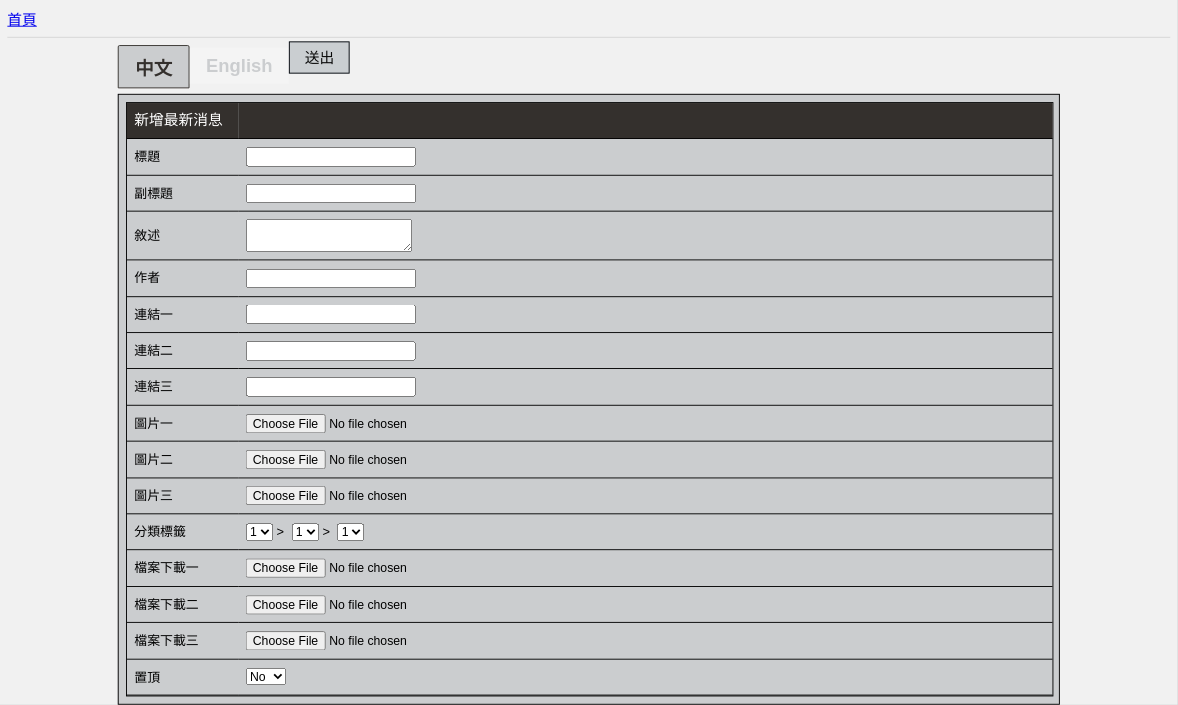
Repository: Naokiyuy/DigitalHum
Page: http://localhost/digital/backend/hotnews/hotnews-add.jsp
An editor plug-in stored every save of this project. The page is shown before and after the next save, followed by the edit.
The browser window is 1280 px wide. The pictures show the whole page, at 92% of full size.
Some web libraries are served in a nearby version. The page is served by Tomcat 9.

Above is the page before, as saved 2015-03-11 19:30:40.

After the next save:
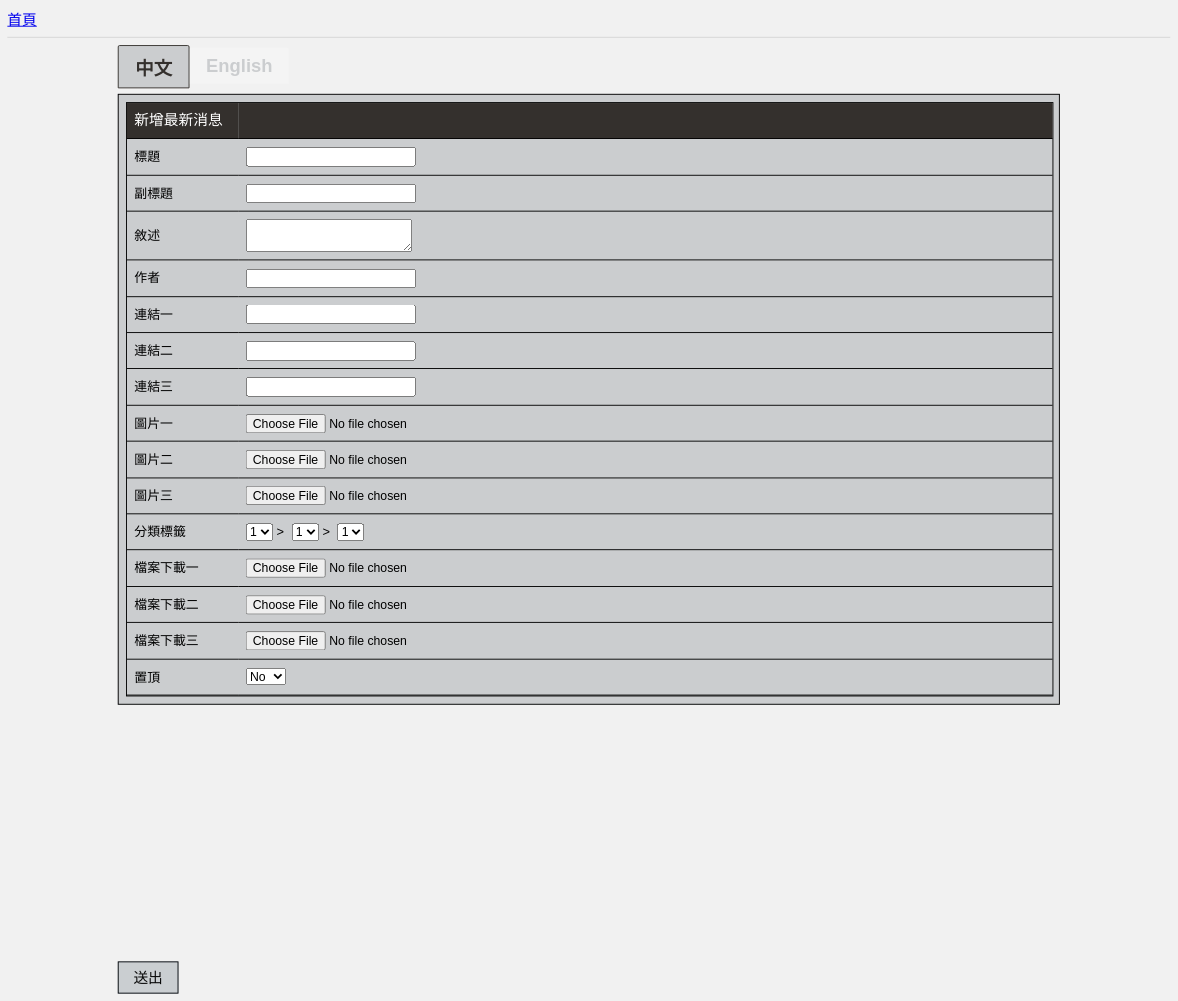
Saved 30 s later.
--- a/digital/src/main/webapp/backend/css/hotnews/add.css
+++ b/digital/src/main/webapp/backend/css/hotnews/add.css
@@ -52,8 +52,6 @@
 	margin-right:auto;
 	margin-bottom: 15px;
 	margin-left:auto;
-	position:relative;
-	float:left;
 }
 
 .submit_btn {
@@ -143,5 +141,5 @@
         animation-duration: 0.5s;
 }
 .tab_div{
-	position:relative;
+	height:1000px;
 }

After the save that followed:
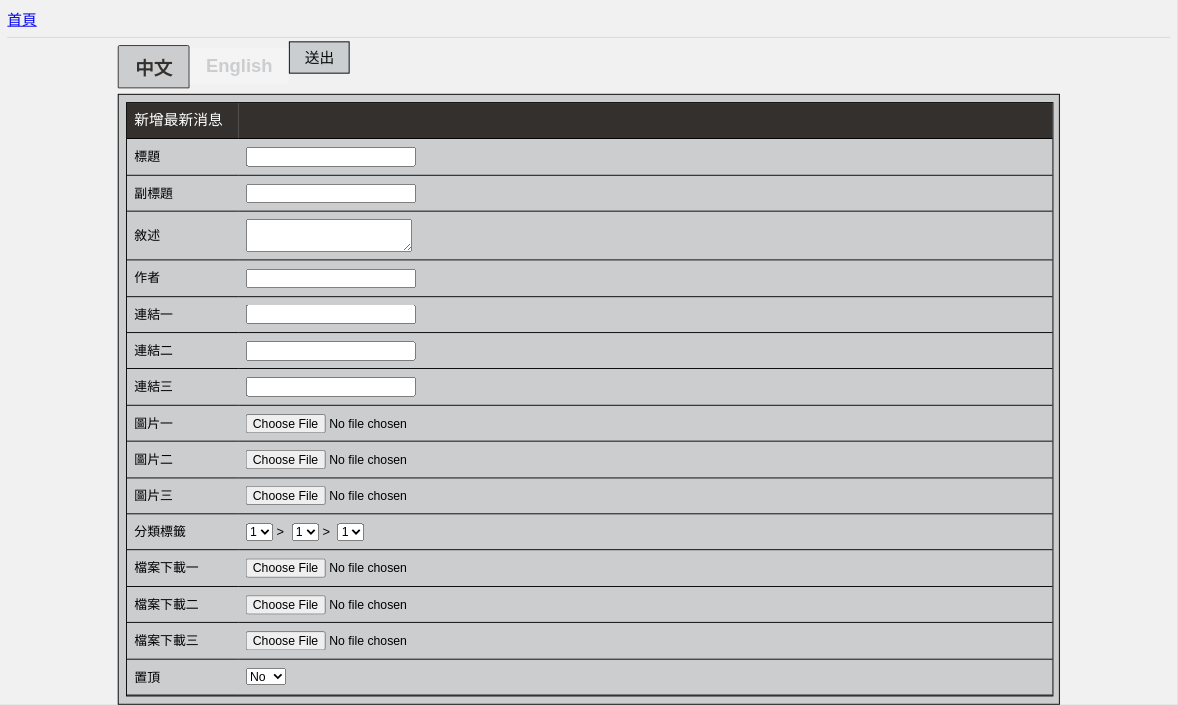
Saved 9 s later.
--- a/digital/src/main/webapp/backend/css/hotnews/add.css
+++ b/digital/src/main/webapp/backend/css/hotnews/add.css
@@ -141,5 +141,5 @@
         animation-duration: 0.5s;
 }
 .tab_div{
-	height:1000px;
+	height:100%;
 }
